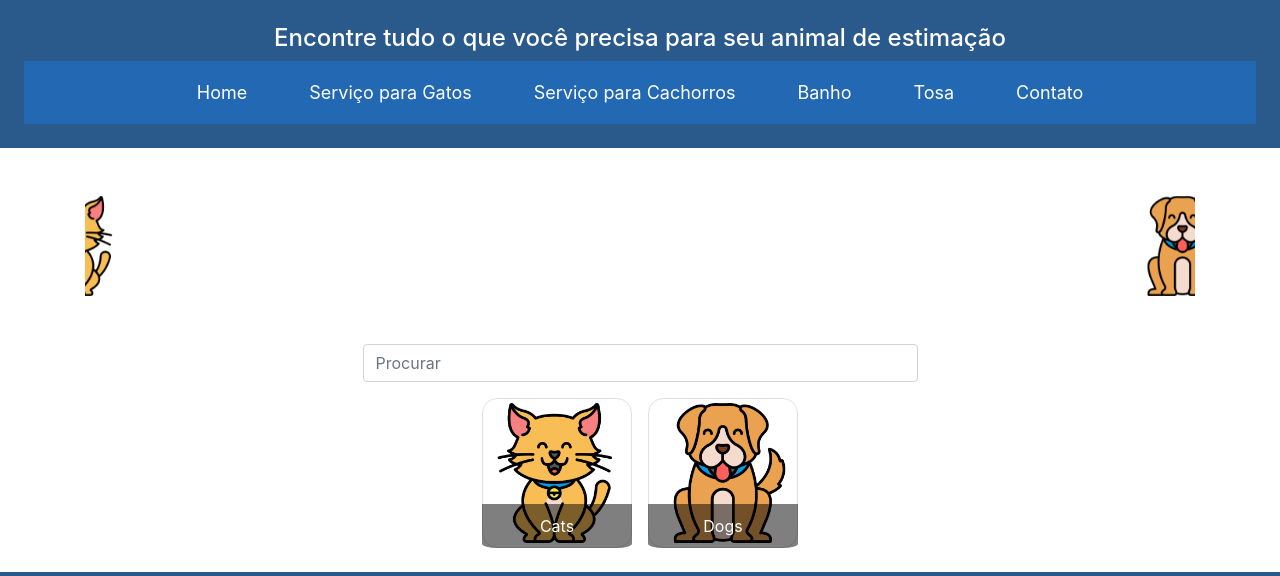
Repository: graeff01/petshop-project
Page: index.html
These files come from the project's save history. The page is drawn as it stood at one moment and after the next save; the edit follows.
The browser window is 1280 px wide. The pictures show the part of the page from y = 0 to 576 px (the page is 1756 px tall before and 1856 px after).
A picture or video elsewhere on the page could not be fetched, so the positions and the page height are approximate.

Above is the page before, as saved 2024-09-18 11:09:27.

After the next save:
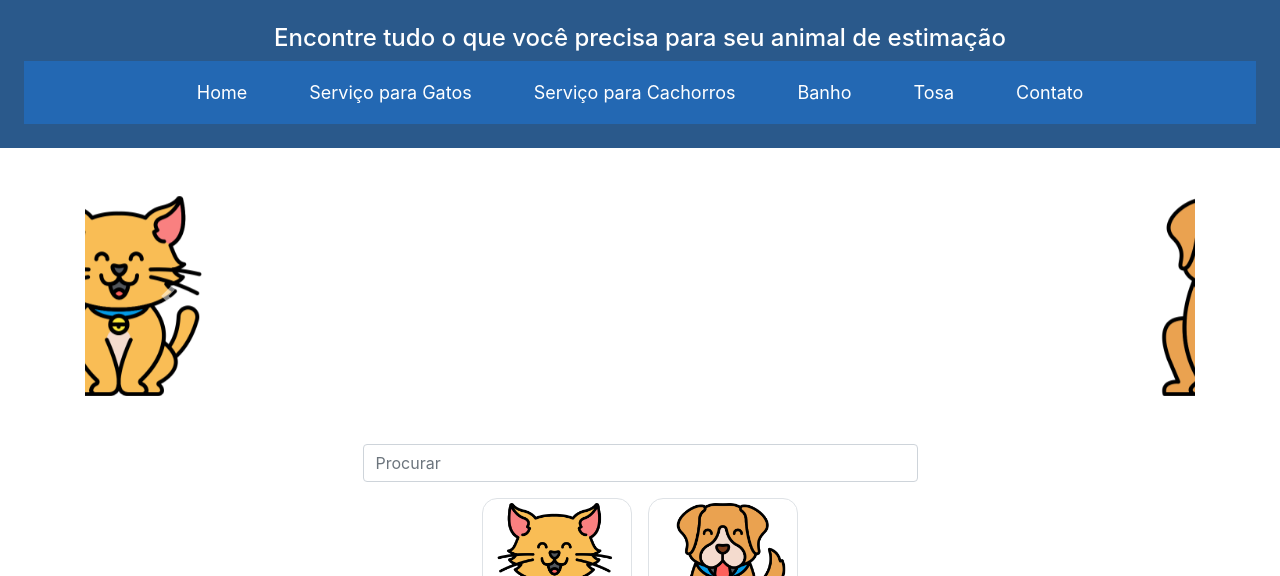
Saved 4 s later.
--- a/css/style.css
+++ b/css/style.css
@@ -63,7 +63,7 @@ nav ul li a:hover {
 /* Carrossel */
 .carousel-item img {
     max-height: 300px;
-    max-width: 100px;
+    max-width: 200px;
 }
 
 /* Categorias de animais */
